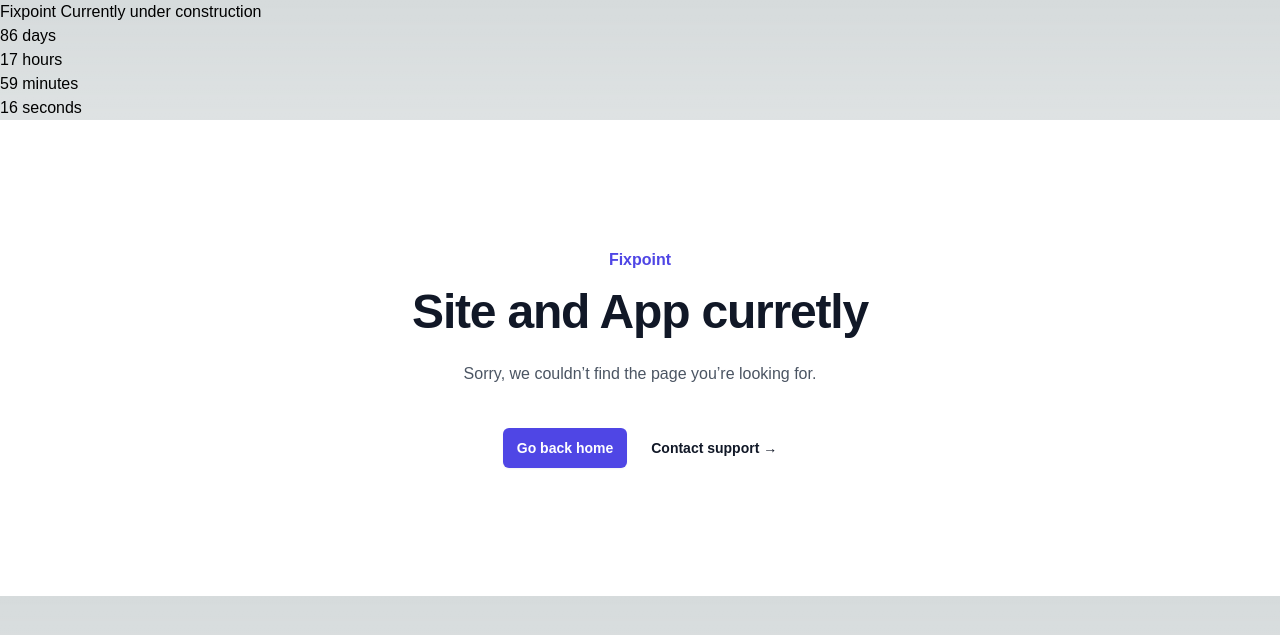
Repository: emorilebo/fixpoint_web
Page: /
The author's editor kept a copy of each file at every save. The page is drawn from the files as they stood at one save, then again after a run of saves.
The browser window is 1280 px wide. The pictures show the whole page.
The project was rebuilt for these pictures with package versions that can differ from the ones it lists, and the page was loaded fresh each time. The framework's server and built-in components were replaced by stand-ins that run in the browser. Also part of the build but not shown: next.config.js.

Above is the page before, as saved 2023-09-15 20:10:33.

### src/pages/_document.tsx
import { Html, Head, Main, NextScript } from 'next/document'

export default function Document() {
  return (
    <Html lang="en">
      <Head />
      <body className='h-full'>
        <Main />
        <NextScript />
      </body>
    </Html>
  )
}

### src/pages/index.tsx
import Image from 'next/image';
import Countdown from '../../components/Countdown';

const HomePage: React.FC = () => {
  const targetDate = '2023-09-30T00:00:00';

  return (
    <div>

      <h1>Fixpoint Currently under construction</h1>
      <Countdown targetDate={targetDate} />
      <main className="grid min-h-full place-items-center bg-white px-6 py-24 sm:py-32 lg:px-8">
        <div className="text-center">
          <p className="text-base font-semibold text-indigo-600">Fixpoint</p>
          <h1 className="mt-4 text-3xl font-bold tracking-tight text-gray-900 sm:text-5xl">Site and App curretly</h1>
          <p className="mt-6 text-base leading-7 text-gray-600">Sorry, we couldn’t find the page you’re looking for.</p>
          <div className="mt-10 flex items-center justify-center gap-x-6">
            <a
              href="#"
              className="rounded-md bg-indigo-600 px-3.5 py-2.5 text-sm font-semibold text-white shadow-sm hover:bg-indigo-500 focus-visible:outline focus-visible:outline-2 focus-visible:outline-offset-2 focus-visible:outline-indigo-600"
            >
              Go back home
            </a>
            <a href="#" className="text-sm font-semibold text-gray-900">
              Contact support <span aria-hidden="true">&rarr;</span>
            </a>
          </div>
        </div>
      </main>
    </div>
  );
};

export default HomePage;

### src/styles/globals.css
@tailwind base;
@tailwind components;
@tailwind utilities;

body {
  font-family: sans-serif;
}

.countdown-timer {
  display: flex;
  justify-content: center;
  align-items: center;
  height: 100vh;
  background-color: #fff;
}

.countdown-timer__clock {
  font-size: 100px;
  font-weight: bold;
}

.countdown-timer__controls {
  margin-top: 50px;
}

.countdown-timer__controls button {
  padding: 10px 20px;
  background-color: #000;
  color: #fff;
  border: none;
  border-radius: 5px;
  cursor: pointer;
}


:root {
  --foreground-rgb: 0, 0, 0;
  --background-start-rgb: 214, 219, 220;
  --background-end-rgb: 255, 255, 255;
}

@media (prefers-color-scheme: dark) {
  :root {
    --foreground-rgb: 255, 255, 255;
    --background-start-rgb: 0, 0, 0;
    --background-end-rgb: 0, 0, 0;
  }
}

body {
  color: rgb(var(--foreground-rgb));
  background: linear-gradient(
      to bottom,
      transparent,
      rgb(var(--background-end-rgb))
    )
    rgb(var(--background-start-rgb));
}

### components/Countdown.tsx
import { useEffect, useState } from 'react';

interface CountdownProps {
  targetDate: string;
}

const Countdown: React.FC<CountdownProps> = ({ targetDate }) => {
  const [timeLeft, setTimeLeft] = useState<number>(0);

  useEffect(() => {
    const interval = setInterval(() => {
      const now = new Date().getTime();
      const distance = new Date(targetDate).getTime() - now;
      setTimeLeft(Math.max(0, distance));
    }, 1000);

    return () => clearInterval(interval);
  }, [targetDate]);

  const days = Math.floor(timeLeft / (1000 * 60 * 60 * 24));
  const hours = Math.floor((timeLeft % (1000 * 60 * 60 * 24)) / (1000 * 60 * 60));
  const minutes = Math.floor((timeLeft % (1000 * 60 * 60)) / (1000 * 60));
  const seconds = Math.floor((timeLeft % (1000 * 60)) / 1000);

  return (
    <div>
      <div>{days} days</div>
      <div>{hours} hours</div>
      <div>{minutes} minutes</div>
      <div>{seconds} seconds</div>
    </div>
  );
};

export default Countdown;

Loaded but not shown: src/pages/_app.tsx (common file); tailwind.config.js (common file)

After the next 3 saves:
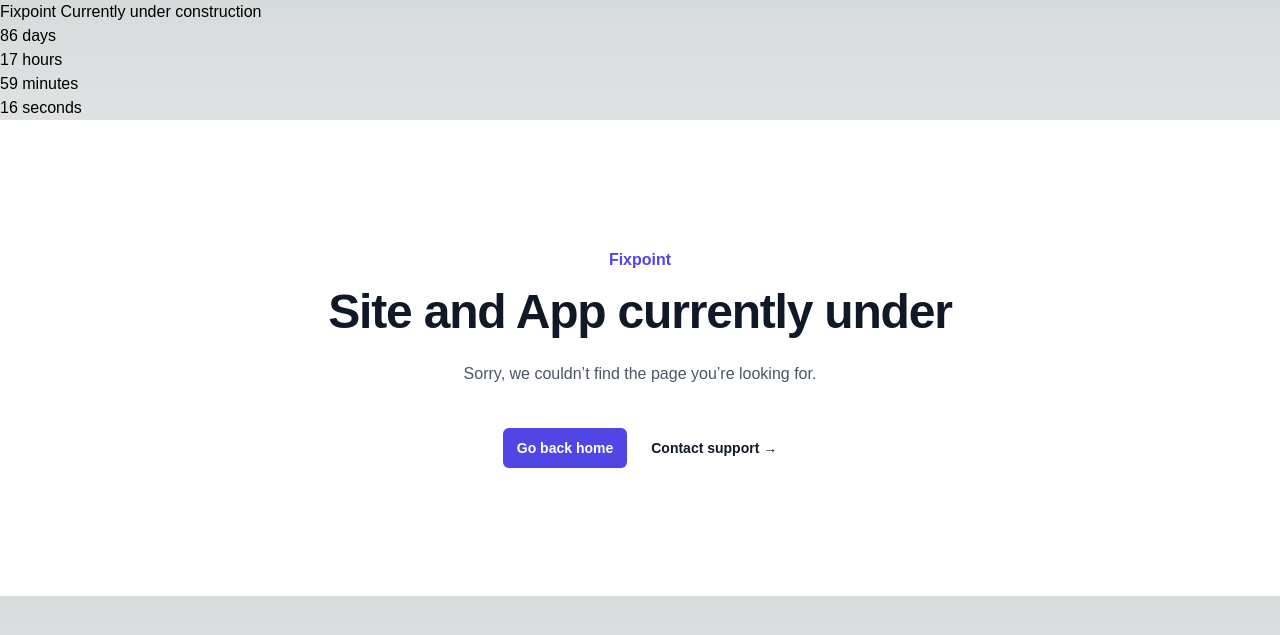
The 3 saves are shown as one change because they came seconds apart.
The last was saved 10 s later.
--- a/src/pages/index.tsx
+++ b/src/pages/index.tsx
@@ -12,7 +12,7 @@
       <main className="grid min-h-full place-items-center bg-white px-6 py-24 sm:py-32 lg:px-8">
         <div className="text-center">
           <p className="text-base font-semibold text-indigo-600">Fixpoint</p>
-          <h1 className="mt-4 text-3xl font-bold tracking-tight text-gray-900 sm:text-5xl">Site and App curretly</h1>
+          <h1 className="mt-4 text-3xl font-bold tracking-tight text-gray-900 sm:text-5xl">Site and App currently under </h1>
           <p className="mt-6 text-base leading-7 text-gray-600">Sorry, we couldn’t find the page you’re looking for.</p>
           <div className="mt-10 flex items-center justify-center gap-x-6">
             <a
